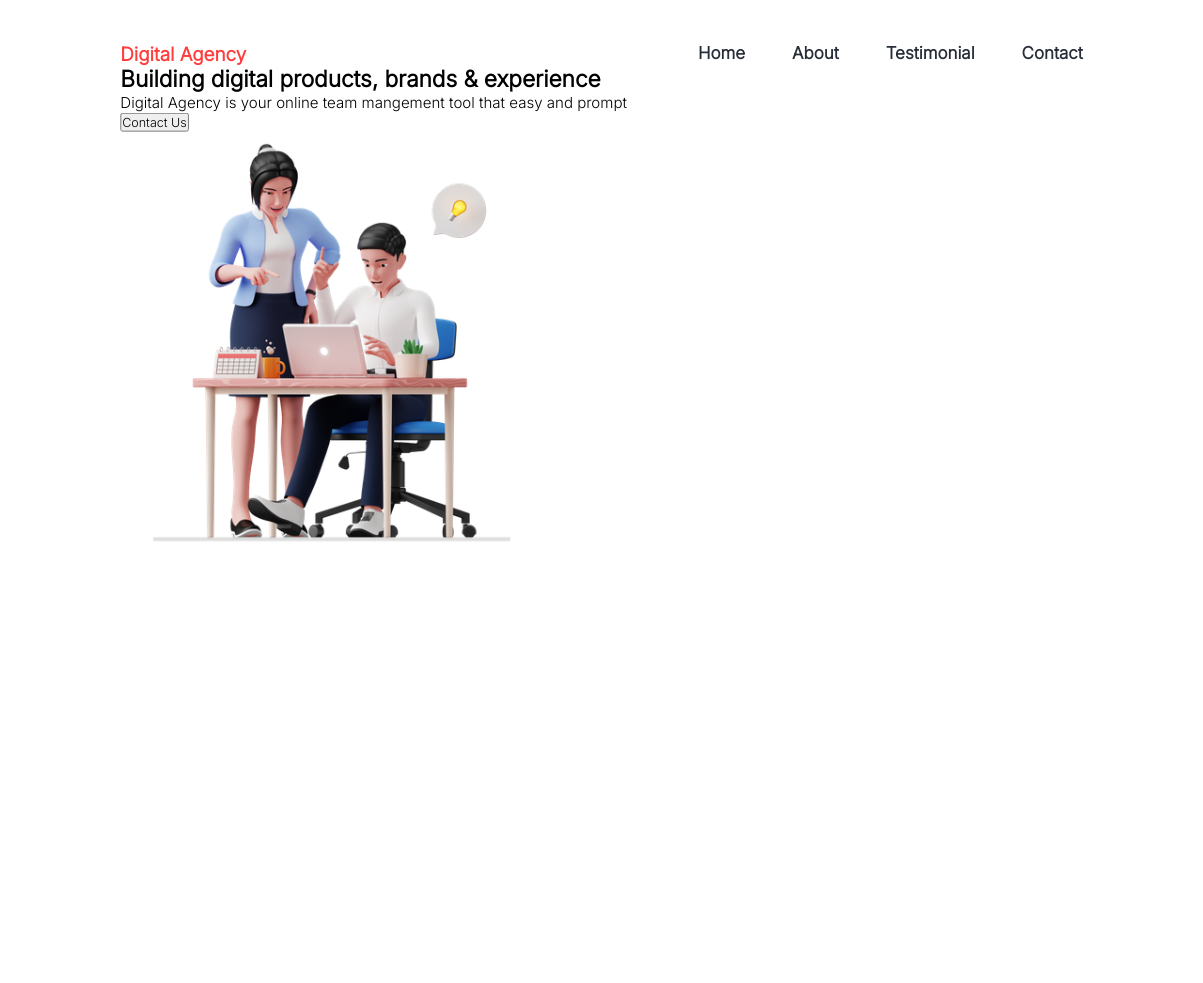
Repository: ThuatDev/fullstack_devc
Page: index.html
An editor plug-in stored every save of this project. The page is shown before and after the next save, followed by the edit.
The browser window is 1280 px wide. The pictures show the whole page, at 94% of full size.

Above is the page before, as saved 2022-11-09 16:29:04.

After the next save:
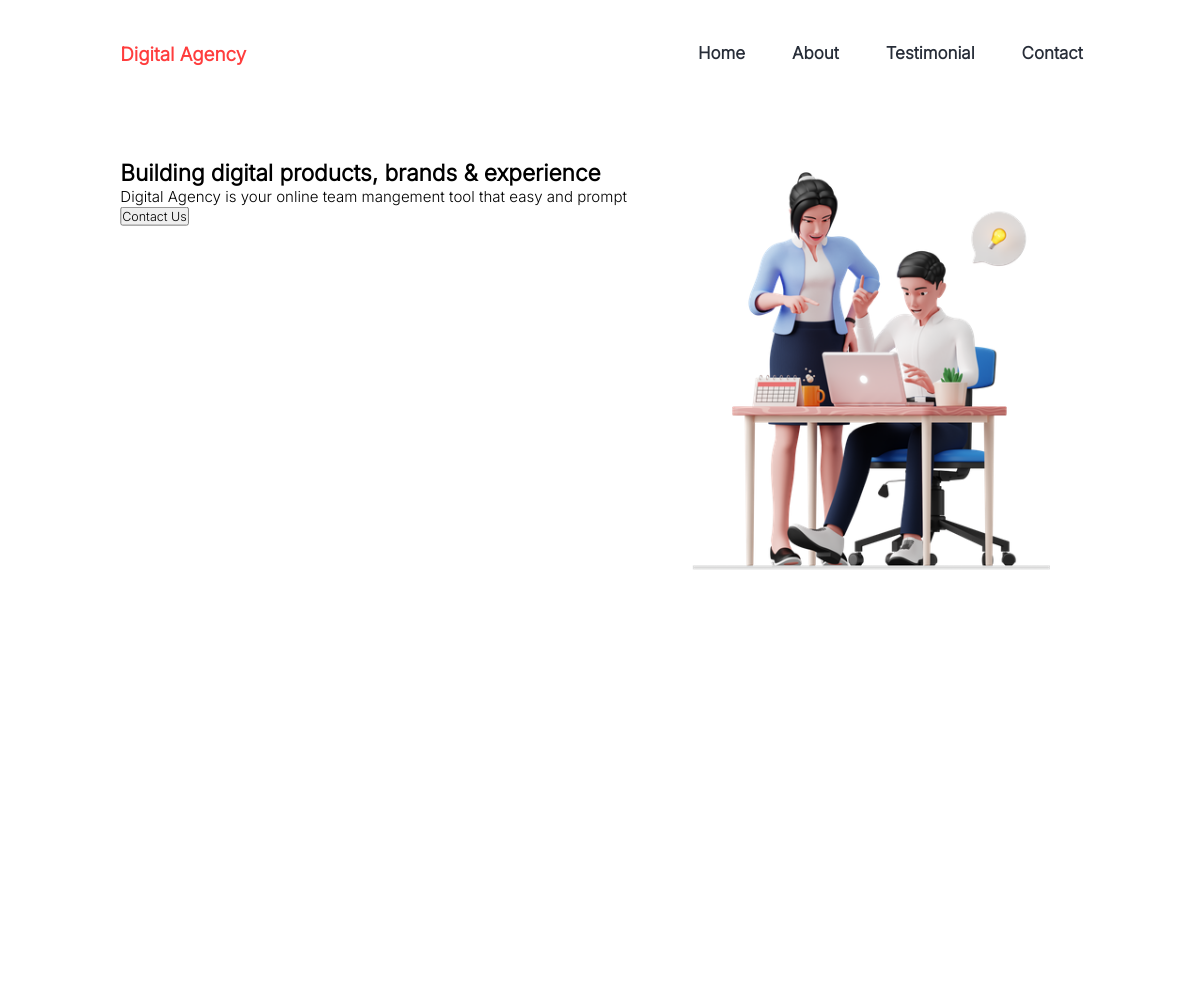
Saved 67 s later.
--- a/index.css
+++ b/index.css
@@ -41,3 +41,9 @@
   font-size: 18px;
   color: #272d38;
 }
+/* Hero section */
+.h-section {
+  display: flex;
+  justify-content: space-between;
+  margin-top: 100px;
+}
